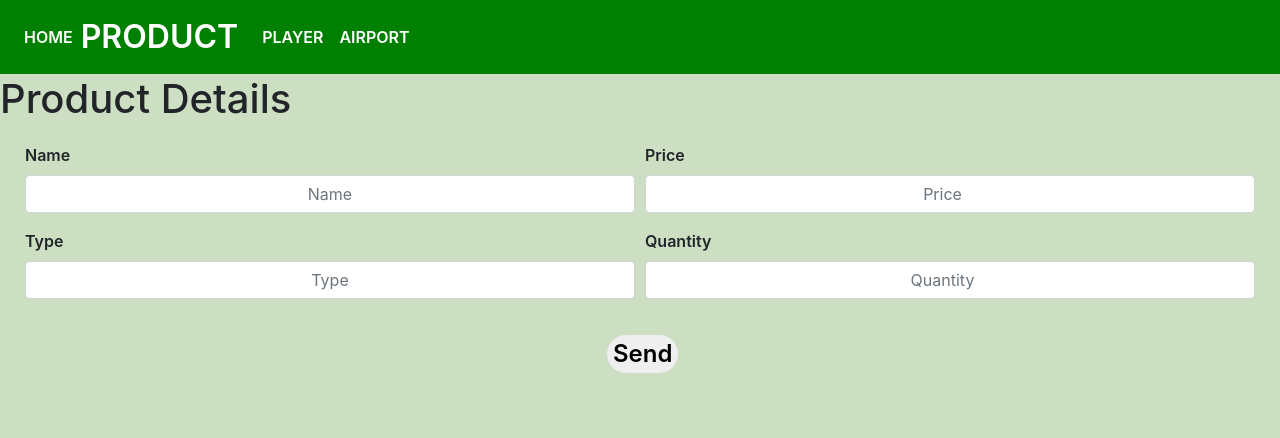
Repository: 05Mohammedismail/xworkz--Advance-Java
Page: http://localhost/Sep13_JSP/product.jsp
The author's editor kept a copy of each file at every save. The page is drawn from the files as they stood at one save, then again after the next save.
The browser window is 1280 px wide. The pictures show the whole page.
The page is served by Tomcat 9. Other server files are loaded and not shown.

Above is the page before, as saved 2023-09-13 15:52:54.

### Sep13_JSP/src/main/webapp/product.jsp
<%@ page language="java" contentType="text/html; charset=ISO-8859-1"
    pageEncoding="ISO-8859-1"%>
<!doctype html>
<html lang="en">
  <head>
    <meta charset="utf-8">
    <meta name="viewport" content="width=device-width, initial-scale=1">
    <title>MY-JSP</title>
<link rel="stylesheet" href="https://cdn.jsdelivr.net/npm/bootstrap@4.1.3/dist/css/bootstrap.min.css" integrity="sha384-MCw98/SFnGE8fJT3GXwEOngsV7Zt27NXFoaoApmYm81iuXoPkFOJwJ8ERdknLPMO" crossorigin="anonymous">

<style type="text/css">

body{
background-color: rgb(204, 223, 194);
}
.navbar-brand{
font-size: 2em;
}
.navbar{
background: green;
margin-bottom: 1px;
font-weight:600;
color: white;
}
.nav-link:hover{
text-decoration: underline;
}

.form-row{
margin: 20px;
position: relative;
}

.send{
position: absolute;
right: 47%;
border-radius: 40px;
outline: none;
border: none;
font-weight: 600;
font-size: 1.5em;
}

.form-control{
text-align: center;
}

.form-group label{
font-weight: 600;
}

</style>
</head>

  <body>
   <nav class="navbar navbar-expand-lg navbar-light">

  <div class="collapse navbar-collapse" id="navbarNav">
    <ul class="navbar-nav">
      <li class="nav-item">
        <a class="nav-link text-white" href="index.jsp">HOME</a>
      </li>
      </ul>


      <a class="navbar-brand">PRODUCT</a>
  <button class="navbar-toggler" type="button" data-toggle="collapse" data-target="#navbarNav" aria-controls="navbarNav" aria-expanded="false" aria-label="Toggle navigation">
    <span class="navbar-toggler-icon"></span>
  </button>

      <ul class="navbar-nav">
      <li class="nav-item">
        <a class="nav-link text-white" href="player.jsp">PLAYER</a>
      </li>
      <li class="nav-item">
        <a class="nav-link text-white" href="airport.jsp">AIRPORT</a>
      </li>
    </ul>
  </div>
</nav>

<h1>Product Details</h1>
<form>
  <div class="form-row">
    <div class="form-group col-md-6">
      <label class="label">Name</label>
      <input type="text" class="form-control" placeholder="Name">
    </div>

    <div class="form-group col-md-6">
      <label>Price</label>
      <input type="number" class="form-control" placeholder="Price">
    </div>

    <div class="form-group col-md-6">
      <label >Type</label>
      <input type="text" class="form-control" placeholder="Type">
    </div>

    <div class="form-group col-md-6">
      <label>Quantity</label>
      <input type="number" class="form-control" placeholder="Quantity">
    </div>
 </div>
 <input class="send" type="submit" value="Send">
</form>
    <script src="https://cdn.jsdelivr.net/npm/bootstrap@5.3.1/dist/js/bootstrap.bundle.min.js" integrity="sha384-HwwvtgBNo3bZJJLYd8oVXjrBZt8cqVSpeBNS5n7C8IVInixGAoxmnlMuBnhbgrkm" crossorigin="anonymous"></script>
  </body>
</html>

After the next save:
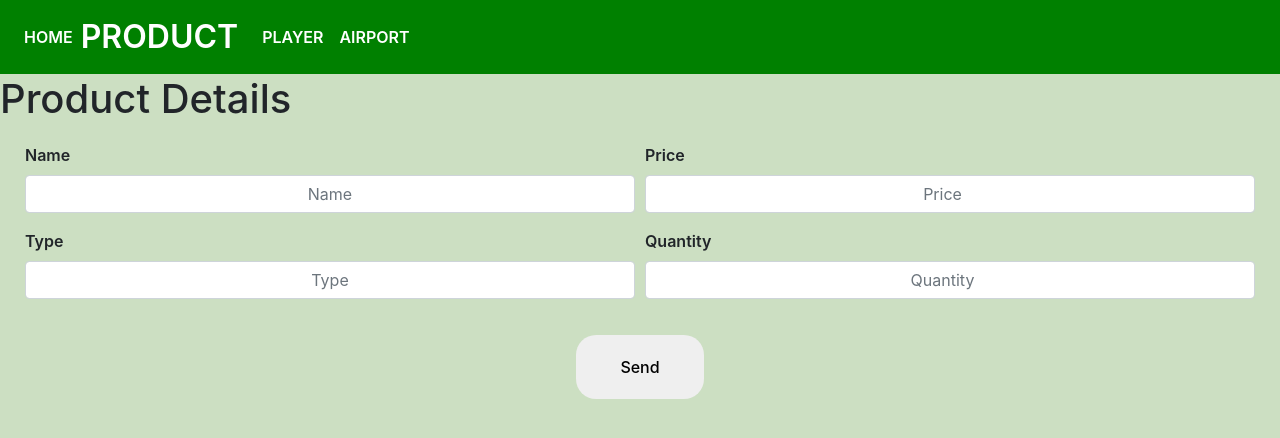
Saved 22 s later.
--- a/Sep13_JSP/src/main/webapp/product.jsp
+++ b/Sep13_JSP/src/main/webapp/product.jsp
@@ -33,12 +33,13 @@ position: relative;
 
 .send{
 position: absolute;
-right: 47%;
-border-radius: 40px;
+right: 45%;
+border-radius: 20px;
+height: 4em;
+width: 8em;
 outline: none;
 border: none;
-font-weight: 600;
-font-size: 1.5em;
+font-weight: 500;
 }
 
 .form-control{
